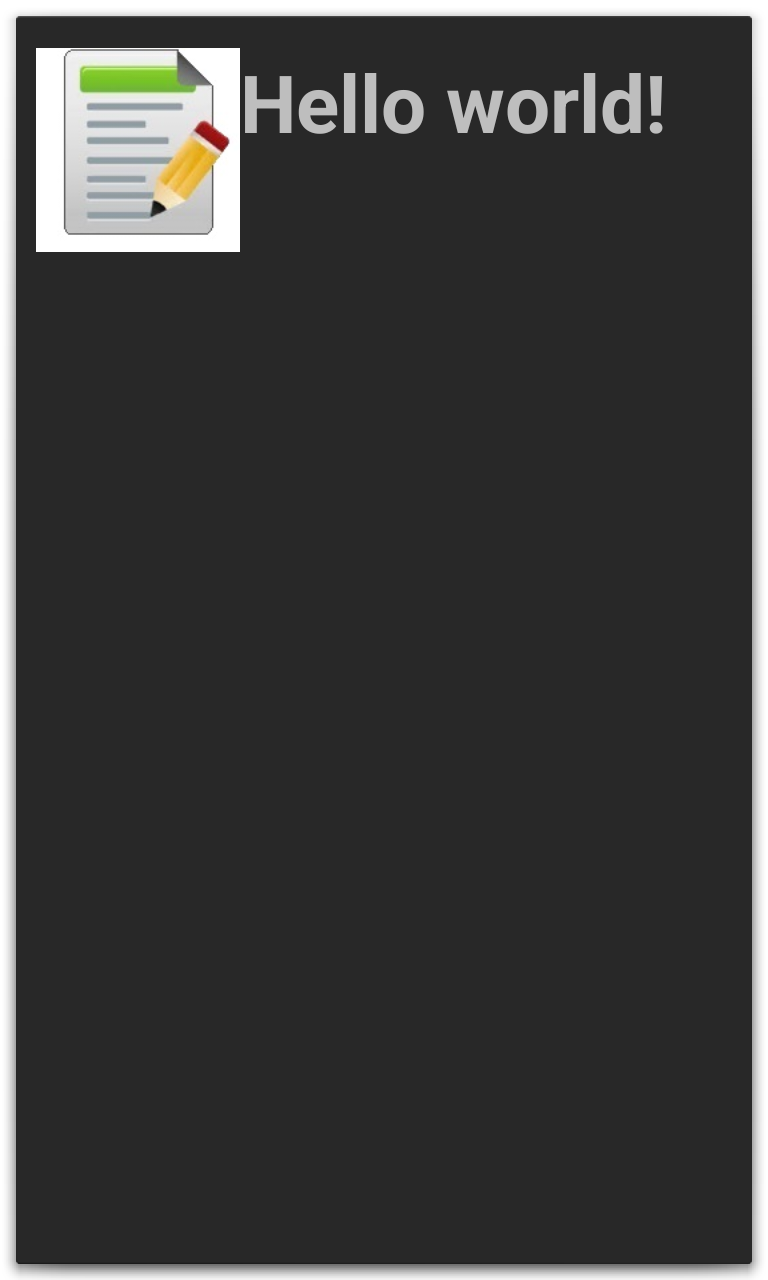
Repository: iptomar/letrinhas_documentacao
Layout: Letrinhas/APP/Prototipos/Letrinhas05/res/layout/resumo_submissoes.xml
An editor plug-in stored every save of this project. The layout is shown before and after the next save, followed by the edit.
It is drawn on a 768 x 1280 px phone screen (xhdpi) without system bars, with theme android:Theme.Holo.Dialog.NoActionBar; the app's code is not run.

Above is the layout before, as saved 2014-05-19 10:04:24.

After the next save:
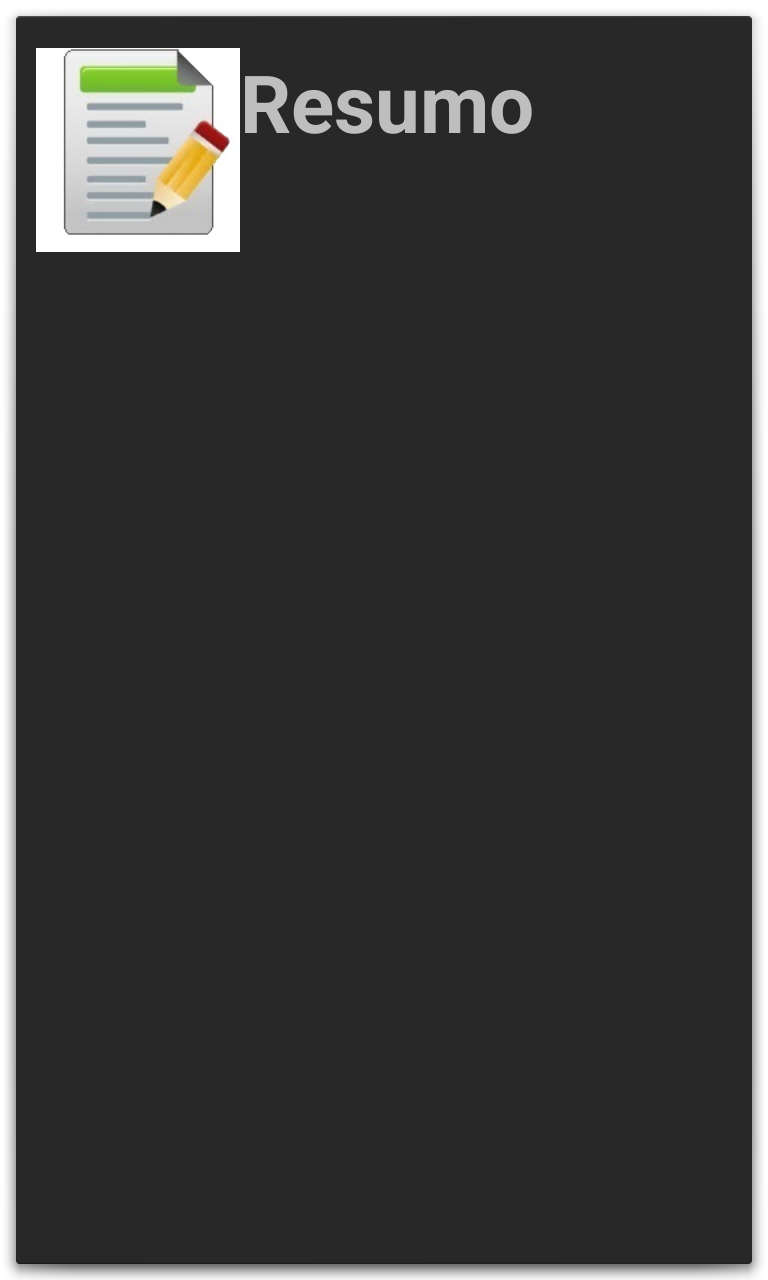
Saved 16 s later.
--- a/Letrinhas/APP/Prototipos/Letrinhas05/res/layout/resumo_submissoes.xml
+++ b/Letrinhas/APP/Prototipos/Letrinhas05/res/layout/resumo_submissoes.xml
@@ -13,8 +13,10 @@
         android:id="@+id/rSCabecalho"
         android:layout_width="wrap_content"
         android:layout_height="wrap_content"
+        android:layout_alignParentLeft="true"
+        android:layout_alignParentTop="true"
         android:drawableLeft="@drawable/index"
-        android:text="@string/hello_world"
+        android:text="@string/resumo"
         android:textSize="40sp"
         android:textStyle="bold" />
 
